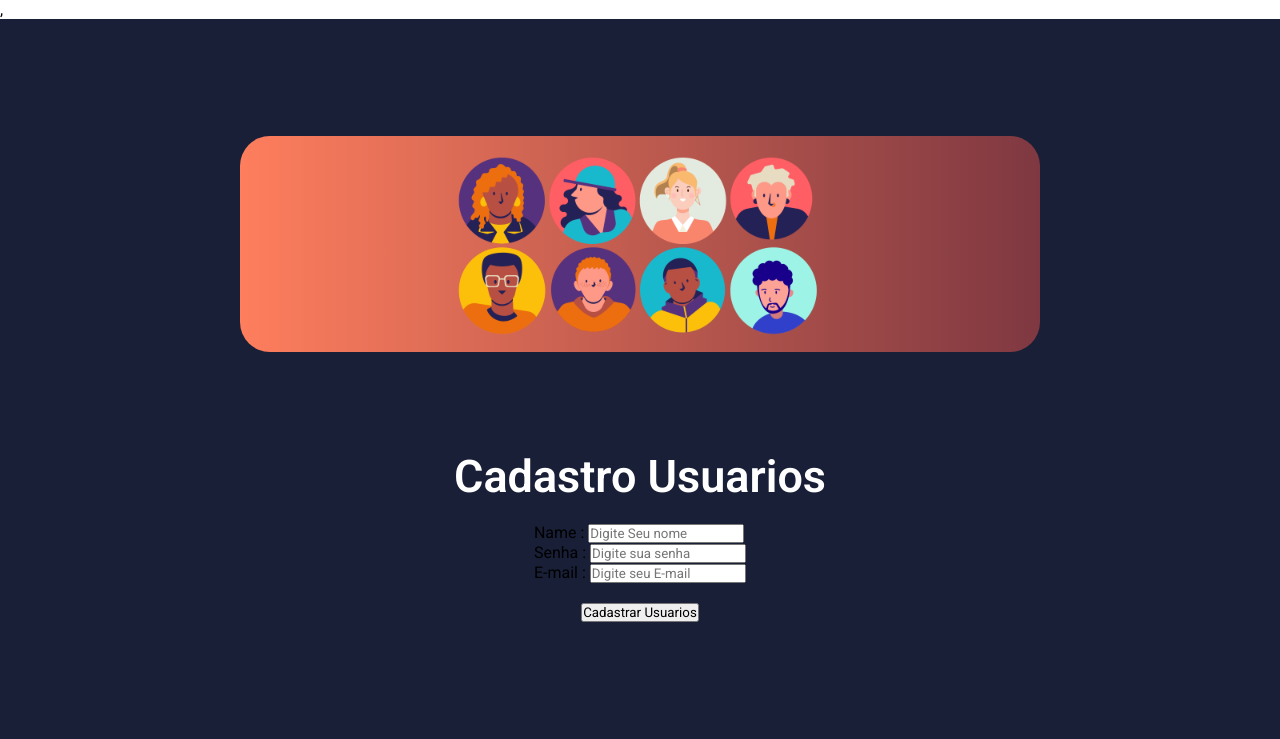
Repository: lcluizrj/meu-projeto-vscode
Page: / (app in cadastro-usuarios-devclub/)
An editor plug-in stored every save of this project. The page is shown before and after the next save, followed by the edit.
The browser window is 1280 px wide. The pictures show the whole page.
The project was rebuilt for these pictures with package versions that can differ from the ones it lists, and the page was loaded fresh each time. Also part of the build but not shown: cadastro-usuarios-devclub/vite.config.js.

Above is the page before, as saved 2026-08-15 17:18:29.

### cadastro-usuarios-devclub/index.html
<!doctype html>
<html lang="en">
  <head>
    <meta charset="UTF-8" />
    <link rel="icon" type="image/svg+xml" href="/favicon.svg" />
    <meta name="viewport" content="width=device-width, initial-scale=1.0" />
    <title>cadastro-usuarios-devclub</title>
    <link rel="preconnect" href="https://fonts.googleapis.com">
    <link rel="preconnect" href="https://fonts.gstatic.com" crossorigin>
    <link href="https://fonts.googleapis.com/css2?family=Poppins:wght@300;600&family=Roboto:ital,wght@0,100..900;1,100..900&display=swap" rel="stylesheet">
  </head>
  <body>
    <div id="root"></div>
    <script type="module" src="/src/main.jsx"></script>
  </body>
</html>

### cadastro-usuarios-devclub/src/main.jsx
import React from 'react'
import ReactDOM from 'react-dom/client'
import {GlobalStyles} from './styles/GlobalStyles.js'
import App from './App.jsx'

ReactDOM.createRoot(document.getElementById('root')).render(
  <React.StrictMode>
    <GlobalStyles/>,
    <App />
  </React.StrictMode>,
)

### cadastro-usuarios-devclub/src/styles/GlobalStyles.js
import { createGlobalStyle } from 'styled-components';

export const GlobalStyles = createGlobalStyle`
      *{
        margin: 0;
        padding:0;
        box-sizing:border-box;
        font-family: "Roboto", sans-serif;
       }

`

### cadastro-usuarios-devclub/src/App.jsx
import {Title, Container, Topbackground, Form, ContainerInputs, InputLabel, Input, Button} from "./styles"

import UsersImage from './assets/users.png'

function Home() {

return (
  <Container>
    <Topbackground>
      <img src={UsersImage} alt="Imagens-Usuarios" />
    </Topbackground>

    <Form>
      <Title> Cadastro Usuarios </Title>
      <ContainerInputs>
      <div>
         <div>
         <InputLabel>
         Name <span>: </span>
         </InputLabel>
         <Input type="text" placeholder="Digite Seu nome" />
         </div>

         <div>
         <InputLabel >
          Senha <span>: </span>
          </InputLabel>
         <Input type="number" placeholder="Digite sua senha"/>
         </div>

      </div>
         <div>
         <InputLabel >
          E-mail <span>: </span>
          </InputLabel>
         <Input type="e-mail" placeholder="Digite seu E-mail"/>
         </div>
      </ContainerInputs>
         <Button>Cadastrar Usuarios</Button>
    </Form>


  </Container>
)

}

export default Home

### cadastro-usuarios-devclub/src/styles.js
import styled from 'styled-components'

export const Container = styled.div `
      background-color: #181f36;
      display: flex;
      flex-direction: column;
      align-items: center;
      justify-content: space-evenly;
      padding: 20px;
      height: 100vh;
`

export const Topbackground= styled.div`
      display: flex;
      align-items: center;
      justify-content: center;
      background:linear-gradient(to right, #fe7e5d,#7f3841) ;
      height: 30vh;
      width: 90vw;
      max-width: 800px;
      border-radius: 30px;

img{
      max-width: 100%;
      max-height: 100%;
   }
`

export const Form = styled.form`
      display: flex;
      flex-direction: column;
      align-items: center;
      gap: 20px;
      max-width: 500px;

`
export const Title = styled.h2 `
      color:#fff ;
      text-align: center;
      font-size: 45px;
      font-style: normal;
      font-weight: 600;


`

export const ContainerInputs = styled.div``

export const Input = styled.input`
      bord


`

export const InputLabel = styled.label``

export const Button = styled.button ``

After the next save:
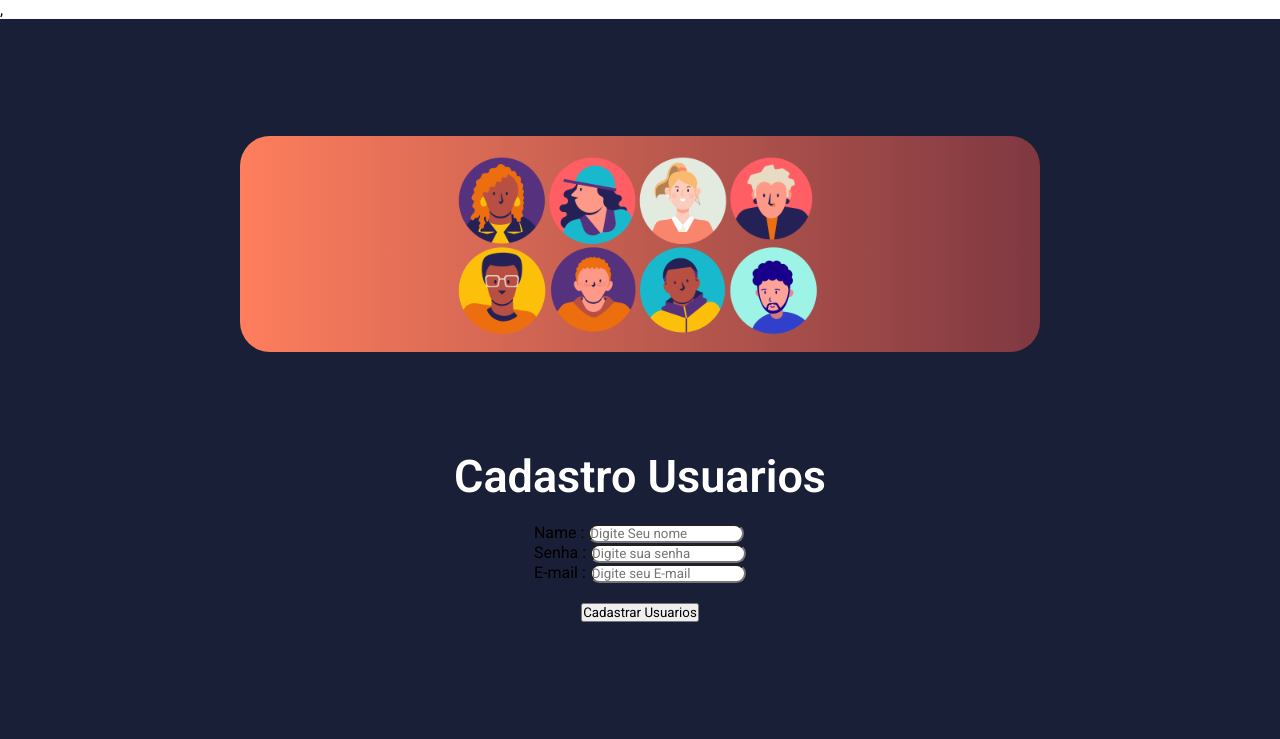
Saved 4 s later.
--- a/cadastro-usuarios-devclub/src/styles.js
+++ b/cadastro-usuarios-devclub/src/styles.js
@@ -47,7 +47,8 @@ export const Title = styled.h2 `
 export const ContainerInputs = styled.div``
 
 export const Input = styled.input`
-      bord
+      border-radius: 10px;
+
 
 
 `
